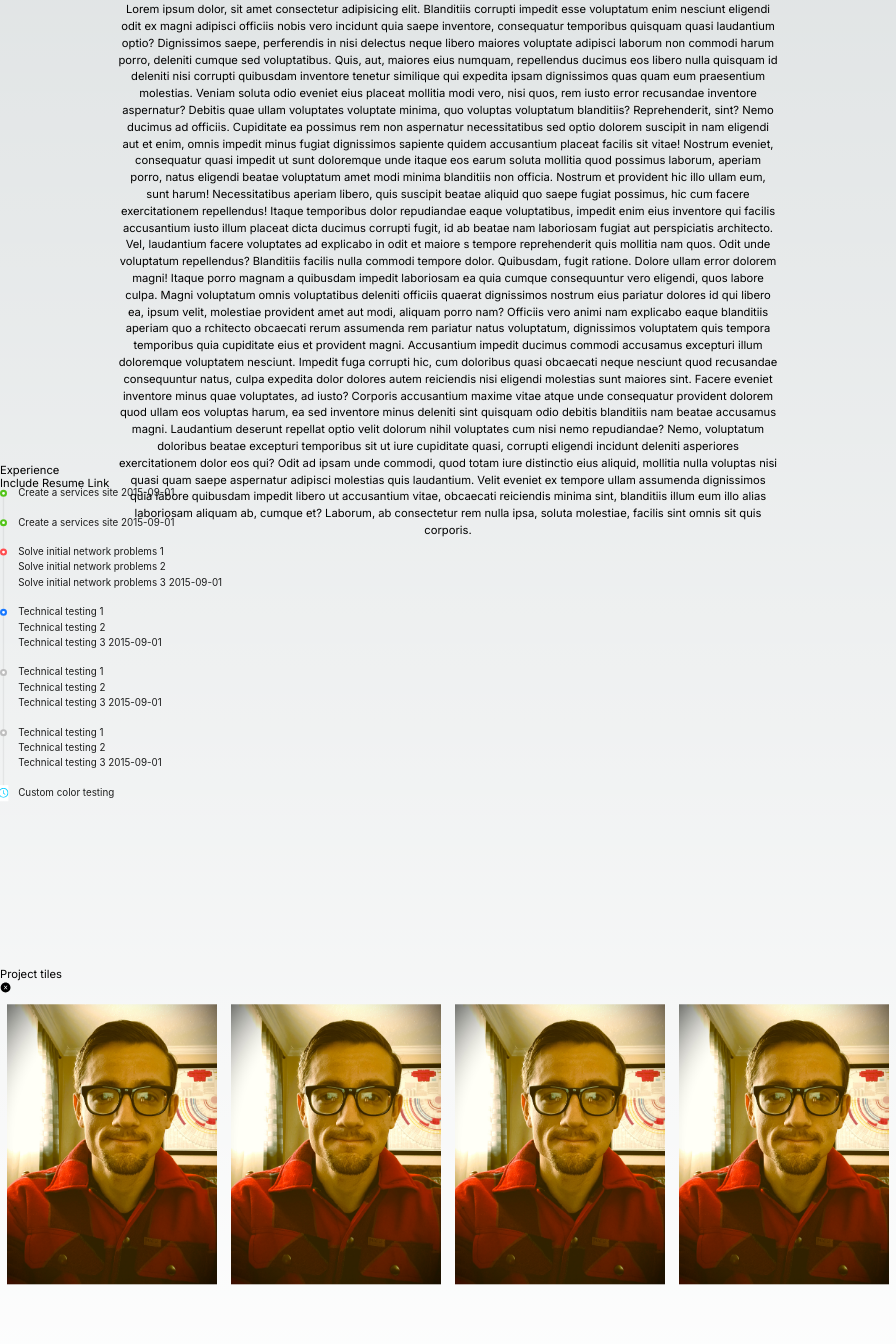
Repository: devkthines/next-portfolio-v2
Page: /
The author's editor kept a copy of each file at every save. The page is drawn from the files as they stood at one save, then again after the next save.
The browser window is 1280 px wide. The pictures show the part of the page from y = 834 to 2754 px (the page is 2936 px tall), at 70% of full size.
The project was rebuilt for these pictures with package versions that can differ from the ones it lists, and the page was loaded fresh each time. The framework's server and built-in components were replaced by stand-ins that run in the browser. Also part of the build but not shown: next.config.js.

Above is the page before, as saved 2023-09-12 22:38:51.

### src/app/layout.tsx
import 'bootstrap/dist/css/bootstrap.css';
import './globals.css'
import '../../css/style.css'
import type { Metadata } from 'next'
import { Inter } from 'next/font/google'

// Put any other imports below so that CSS from your
// components takes precedence over default styles.
const inter = Inter({ subsets: ['latin'] })

export const metadata: Metadata = {
  title: 'Create Next App',
  description: 'Generated by create next app',
}

export default function RootLayout({
  children,
}: {
  children: React.ReactNode
}) {
  return (
    <html lang="en">
      <body className={inter.className}>{children}</body>
    </html>
  )
}

### src/app/page.tsx
'use client'

import Image from 'next/image'
import Header from './components/header.js'
import uglyMe from '../../images/41AE497E-8D5A-46DE-8679-1C35226F5747.jpg'
import ProjectModal from './components/modal.js'
import Tab from 'react-bootstrap/Tab';
import Tabs from 'react-bootstrap/Tabs';
import {useInView} from 'react-intersection-observer'
import Button from 'react-bootstrap/Button';
import Container from 'react-bootstrap/Container';
import Form from 'react-bootstrap/Form';
import Nav from 'react-bootstrap/Nav';
import Navbar from 'react-bootstrap/Navbar';
import NavDropdown from 'react-bootstrap/NavDropdown';
import { useState } from 'react';
import Resume from './components/timeline.js'
export default function Home() {
  const[color,setColor] = useState(false)
  const { ref, inView } = useInView({
    // triggerOnce: true,
    rootMargin: '0px 0px',
    onChange: (inView) => {
      if (inView) {
        setColor(true)
      }
      else{
        setColor(false)
      }
    },

  });
  return (
    <main >
    <Navbar className={`${color? 'color-change':'bg-body-tertiary'} flex flex-col `} sticky='top' expand="lg" >
    <Container fluid>
      <Navbar.Brand href="#">Navbar scroll</Navbar.Brand>
      <Navbar.Toggle aria-controls="navbarScroll" />
      <Navbar.Collapse id="navbarScroll">
        <Nav
          className="me-auto my-2 my-lg-0"
          style={{ maxHeight: '100px' }}
          navbarScroll
        >
          <Nav.Link href="#action1">Home</Nav.Link>
          <Nav.Link href="#action2">Link</Nav.Link>
          <NavDropdown title="Link" id="navbarScrollingDropdown">
            <NavDropdown.Item href="#action3">Action</NavDropdown.Item>
            <NavDropdown.Item href="#action4">
              Another action
            </NavDropdown.Item>
            <NavDropdown.Divider />
            <NavDropdown.Item href="#action5">
              Something else here
            </NavDropdown.Item>
          </NavDropdown>
          <Nav.Link href="#" disabled>
            Link
          </Nav.Link>
        </Nav>
        <Form className="d-flex">
          <Form.Control
            type="search"
            placeholder="Search"
            className="me-2"
            aria-label="Search"
          />
          <Button variant="outline-success">Search</Button>
        </Form>
      </Navbar.Collapse>
    </Container>
  </Navbar>

      <div className={`infoSection bg-stone-800 border border-indigo-600 bg-no-repeat flex flex-row justify-between`}>
        <div>
          <h1>Hello, my name is Korey, a web developer/creative person</h1>
        </div>
        <Image id='portrait' src={uglyMe} alt="" className='w-48' />
      </div>
      <div id='about'>
        <div ref={ref} className="aboutSection text-center m-auto p-10">
          <div> <h1>About </h1>
            <p>Lorem ipsum dolor, sit amet consectetur adipisicing elit. Blanditiis corrupti impedit esse voluptatum enim
              nesciunt
              eligendi odit ex magni adipisci officiis nobis vero incidunt quia saepe inventore, consequatur
              temporibus quisquam quasi laudantium optio? Dignissimos saepe, perferendis in nisi delectus neque libero maiores
              voluptate adipisci laborum non commodi harum porro, deleniti cumque sed voluptatibus. Quis,
              aut, maiores eius numquam, repellendus ducimus eos libero nulla quisquam id deleniti nisi corrupti quibusdam
              inventore tenetur similique qui expedita ipsam dignissimos
              quas quam eum praesentium molestias. Veniam soluta odio eveniet eius placeat mollitia modi vero, nisi quos,
              rem iusto error recusandae inventore aspernatur? Debitis quae ullam voluptates voluptate minima, quo voluptas
              voluptatum blanditiis? Reprehenderit, sint? Nemo ducimus ad officiis. Cupiditate ea possimus rem non aspernatur
              necessitatibus sed
              optio dolorem suscipit in nam eligendi aut et enim, omnis impedit
              minus fugiat dignissimos sapiente quidem accusantium placeat facilis
              sit vitae! Nostrum eveniet, consequatur quasi impedit ut sunt doloremque unde itaque eos earum soluta mollitia quod
              possimus laborum, aperiam porro, natus eligendi beatae voluptatum amet modi minima blanditiis non officia. Nostrum et
              provident hic illo ullam eum, sunt harum! Necessitatibus aperiam libero, quis suscipit beatae aliquid quo saepe
              fugiat possimus, hic cum facere exercitationem repellendus! Itaque temporibus dolor repudiandae eaque voluptatibus,
              impedit enim eius inventore qui facilis accusantium iusto illum placeat dicta ducimus corrupti fugit, id ab beatae
              nam laboriosam fugiat aut perspiciatis architecto. Vel, laudantium facere voluptates ad explicabo in odit et maiore
              s tempore reprehenderit quis mollitia nam quos. Odit unde voluptatum repellendus? Blanditiis facilis nulla commodi
              tempore dolor. Quibusdam, fugit ratione. Dolore ullam error dolorem magni! Itaque porro magnam a quibusdam impedit
              laboriosam ea quia cumque consequuntur vero eligendi, quos labore culpa. Magni voluptatum omnis voluptatibus
              deleniti officiis quaerat dignissimos nostrum eius pariatur dolores id qui libero ea, ipsum velit, molestiae
              provident amet aut modi, aliquam porro nam? Officiis vero animi nam explicabo eaque blanditiis aperiam quo a
              rchitecto obcaecati rerum assumenda rem pariatur natus voluptatum, dignissimos voluptatem quis tempora temporibus
              quia cupiditate eius et provident magni. Accusantium impedit ducimus commodi accusamus excepturi illum
              doloremque voluptatem nesciunt. Impedit fuga corrupti hic, cum doloribus quasi obcaecati neque nesciunt
              quod recusandae consequuntur natus, culpa expedita dolor dolores autem reiciendis nisi eligendi molestias
              sunt maiores sint. Facere eveniet inventore minus quae voluptates, ad iusto? Corporis accusantium maxime
              vitae atque unde consequatur provident dolorem quod ullam eos voluptas harum, ea sed inventore minus deleniti
              sint quisquam odio debitis blanditiis nam beatae accusamus magni. Laudantium deserunt repellat optio
              velit dolorum nihil voluptates cum nisi nemo repudiandae? Nemo, voluptatum doloribus beatae excepturi
              temporibus sit ut iure cupiditate quasi, corrupti eligendi incidunt deleniti asperiores exercitationem
              dolor eos qui? Odit ad ipsam unde commodi, quod totam iure distinctio eius aliquid, mollitia nulla voluptas
              nisi quasi quam saepe aspernatur adipisci molestias quis laudantium. Velit eveniet ex tempore ullam assumenda
              dignissimos quia labore quibusdam
              impedit libero ut accusantium vitae, obcaecati reiciendis minima sint, blanditiis illum eum illo alias
              laboriosam aliquam ab, cumque et? Laborum, ab consectetur rem nulla ipsa, soluta molestiae, facilis sint
              omnis sit quis corporis.</p></div></div>
        <div className="infoSection">
          <h1>Experience</h1> <h2>Include Resume Link</h2>
          <div className='experience'>
            {/* <h1>Timeline Here</h1> */}
      <Resume></Resume>
          </div>
        </div>
      </div>
      <div className="infoSection"><h1>Project tiles</h1>
        <ProjectModal></ProjectModal>
      </div>
    </main>
  )
}

### css/style.css
*{
    box-sizing: border-box;
    margin: 0;
    padding: 0;
}
.infoSection{
    width: 100vw;
    height: 100vh;
}

.aboutSection{
    width: 80vw;
    height: 100vh;
}
#portrait{
    width: 500px;
    height: 700px;
}
.imgTest{
    margin: 10px;
}
.imgTest:active{
    flex-grow:10000;
    transform:scale(1);

    max-width:600px;
    margin:0px;
    border-radius:40px;

    background-size:auto 100%;
}
.mb-3.flex.flex-column.nav.nav-tabs.nav-justified{
height: 100%;
width: 25%;
border-left: 2px solid  darkorchid!important;
}
.tab-content{
    height: 100%!important;
    margin-left: 25%!important;
}
.color-change{
    background-color: greenyellow;
}

### src/app/components/modal.js
'use client'
import Card from 'react-bootstrap/Card';
import Modal from 'react-bootstrap/Modal';
import Image from 'next/image';
import { AiFillCloseCircle } from 'react-icons/ai';
import { AiOutlineCloseCircle } from 'react-icons/ai';
import { useState } from 'react';

export default function ProjectModal() {
    const [button, setButton] = useState(<AiFillCloseCircle></AiFillCloseCircle>)
    return (
        <>
            <div>
                <button
                    onMouseEnter={() => setButton(<AiOutlineCloseCircle></AiOutlineCloseCircle>)}
                    onMouseLeave={() => setButton(<AiFillCloseCircle></AiFillCloseCircle>)}
                >
                    {button}
                </button>
                <div>
                    <img src="" alt="" />

                </div>



            </div>

            <div className='flex flex-row'>
                <button className='imgTest'><Image width={300} height={300} src='/images/image_67198465.JPG' alt='' /></button>
                <button className='imgTest'><Image width={300} height={300} src='/images/image_67198465.JPG' alt='' /></button>
                <button className='imgTest'><Image width={300} height={300} src='/images/image_67198465.JPG' alt='' /></button>
                <button className='imgTest'><Image width={300} height={300} src='/images/image_67198465.JPG' alt='' /></button>
            </div>
        </>
    )
}

### src/app/components/timeline.js
'use client'

import { ClockCircleOutlined } from '@ant-design/icons';
import { Timeline } from 'antd';
import { Collapse } from 'antd';
const text = `
  A dog is a type of domesticated animal.
  Known for its loyalty and faithfulness,
  it can be found as a welcome guest in many households across the world.
`;
const itemss = [
    {
      key: '1',
      label: 'This is panel header 1',
      children: <p>{text}</p>,
    },
    {
      key: '2',
      label: 'This is panel header 2',
      children: <p>{text}</p>,
    },
    {
      key: '3',
      label: 'This is panel header 3',
      children: <p>{text}</p>,
    },
  ];
export default function Resume(){
 const items = [{ children: 'sample', label: 'sample' }];
 const onChange = (key) => {
    console.log(key);}
  return(
        <>
   <Timeline
    items={[
      {
        color: 'green',
        children: 'Create a services site 2015-09-01',
      },
      {
        color: 'green',
        children: 'Create a services site 2015-09-01',
      },
      {
        color: 'red',
        children: (
          <>
            <p>Solve initial network problems 1</p>
            <p>Solve initial network problems 2</p>
            <p>Solve initial network problems 3 2015-09-01</p>
          </>
        ),
      },
      {
        children: (
          <>
            <p>Technical testing 1</p>
            <p>Technical testing 2</p>
            <p>Technical testing 3 2015-09-01</p>
          </>
        ),
      },
      {
        color: 'gray',
        children: (
          <>
            <p>Technical testing 1</p>
            <p>Technical testing 2</p>
            <p>Technical testing 3 2015-09-01</p>
          </>
        ),
      },
      {
        color: 'gray',
        children: (
          <>
            <p>Technical testing 1</p>
            <p>Technical testing 2</p>
            <p>Technical testing 3 2015-09-01</p>
          </>
        ),
      },
      {
        color: '#00CCFF',
        dot: <ClockCircleOutlined />,
        children: <p>Custom color testing</p>,
      },
    ]}
  />
 </>
    )
}

Loaded but not shown: src/app/globals.css (common file); tailwind.config.ts (common file)

After the next save:
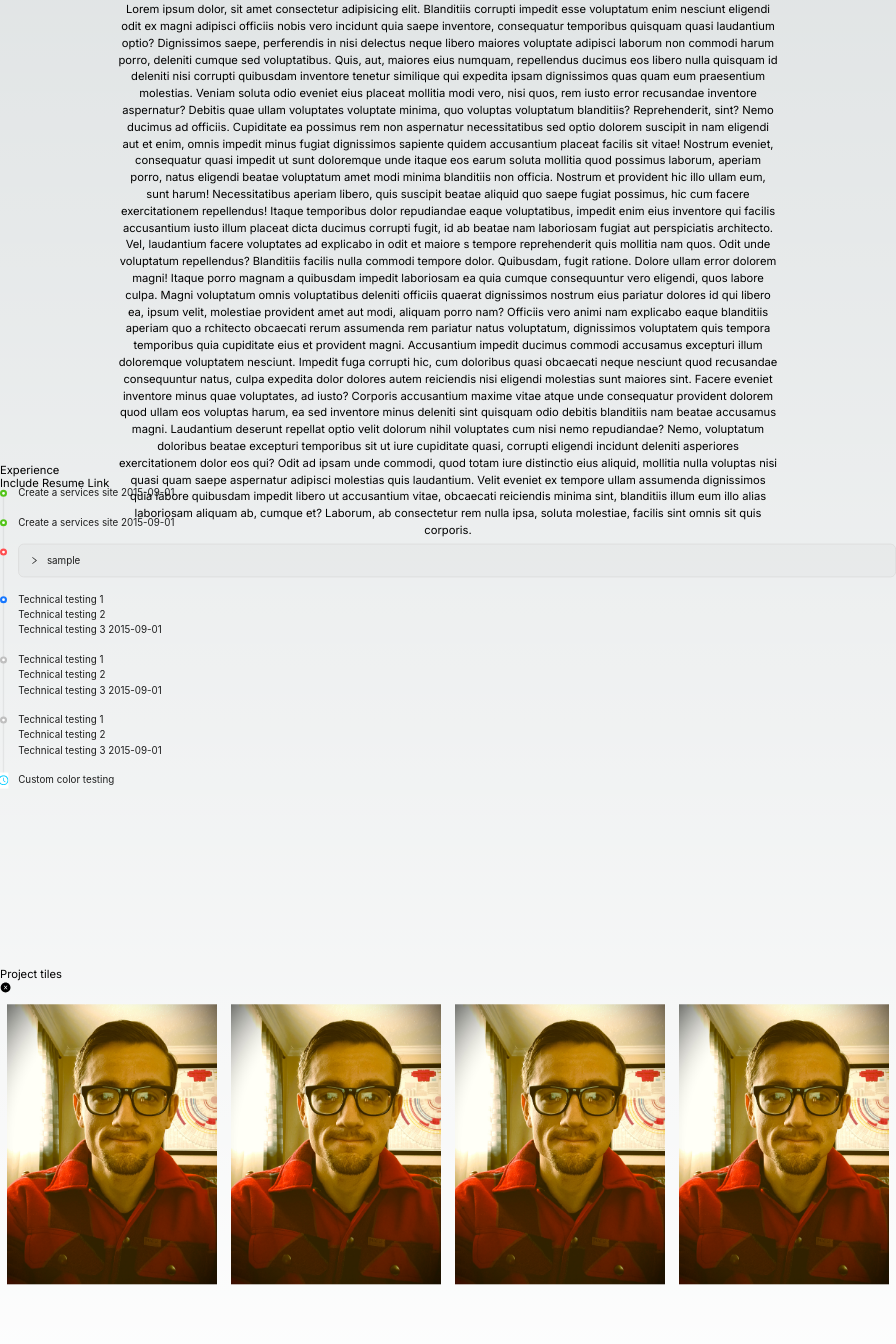
Saved 8 min 3 s later.
--- a/src/app/components/timeline.js
+++ b/src/app/components/timeline.js
@@ -45,9 +45,7 @@ export default function Resume(){
         color: 'red',
         children: (
           <>
-            <p>Solve initial network problems 1</p>
-            <p>Solve initial network problems 2</p>
-            <p>Solve initial network problems 3 2015-09-01</p>
+            <Collapse items={items} defaultActiveKey={['1']} onChange={onChange} />
           </>
         ),
       },
